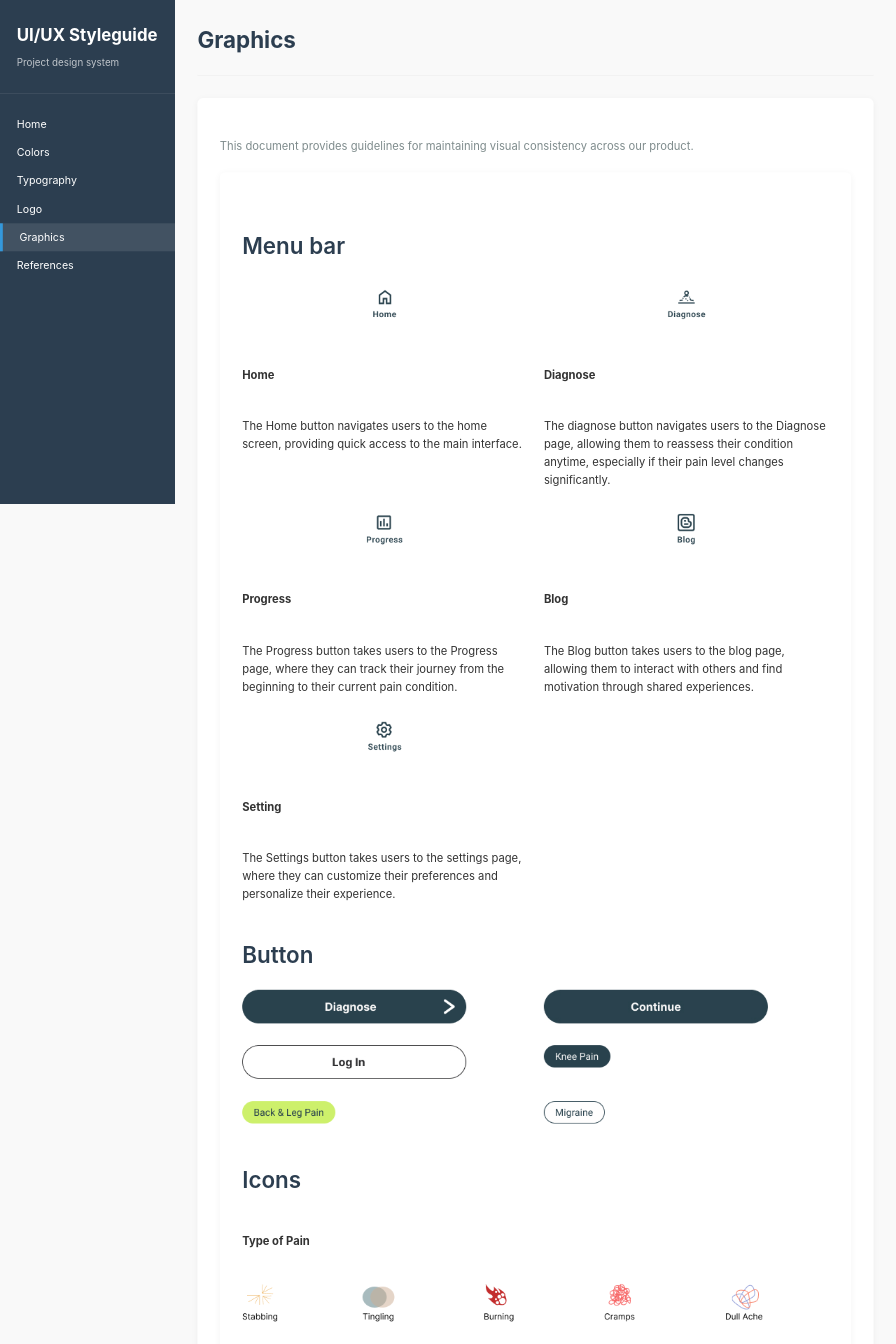
Repository: rosielee09/Heal_U
Page: graphics.html
An editor plug-in stored every save of this project. The page is shown before and after the next save, followed by the edit.
The browser window is 1280 px wide. The pictures show the part of the page from y = 0 to 1920 px (the page is 2982 px tall before and 3054 px after), at 70% of full size.

Above is the page before, as saved 2025-04-03 22:02:38.

### graphics.html
<!DOCTYPE html>
<html lang="en">
<head>
    <meta charset="UTF-8">
    <meta name="viewport" content="width=device-width, initial-scale=1.0">
    <link rel="stylesheet" href="styles.css">
    <title>Heal_U Styleguide</title>
</head>
<body>
    <div class="container">
        <!-- Sidebar Navigation -->
        <div class="sidebar">
            <div class="sidebar-header">
                <h1>UI/UX Styleguide</h1>
                <p>Project design system</p>
            </div>
            <ul class="nav">
                <li ><a href="index.html">Home</a></li>
                <li><a href="colors.html">Colors</a></li>
                <li><a href="typography.html">Typography</a></li>
                <li><a href="logo.html">Logo</a></li>
                <li class="active"><a href="graphics.html">Graphics</a></li>
                <li><a href="references.html">References</a></li>
            </ul>
        </div>

        <!-- Main Content - Home Page -->

        <div class="content">
            <header class="page-header">
                <h2>Graphics</h2>
            </header>

            <div class="component">
                <div class="component-header">
                  <p class="component-description">This document provides guidelines for maintaining visual consistency across our product.</p>
                </div>
           <!-- SECTION 1: menu bar -->
           <div class="component">
            <div class="component-header">

                <section class="component-section">
                    <h3 class="component-title">Menu bar</h3>
                    <div class="graphic-grid">
                        <!-- home -->
                        <div class="graphic-item">
                            <img class="graphic-menu__icon" src="/img/graphic-menu/home.png" alt="home">
                            <div class="graphic-info">
                                <h4 class="graphic-title">Home</h4>
                                <div>The Home button navigates users to the home screen, providing quick access to the main interface.</div>
                            </div>
                        </div>
                        <!-- diagnose -->
                        <div class="graphic-item">
                            <img class="graphic-menu__icon" src="/img/graphic-menu/diagnose.png" alt="diagnose">
                            <div class="graphic-info">
                                <h4 class="graphic-title">Diagnose </h4>
                                <div>The diagnose button navigates users to the Diagnose page, allowing them to reassess their condition anytime, especially if their pain level changes significantly.</div>
                            </div>
                        </div>
                        <!-- Progress -->
                        <div class="graphic-item">
                            <img class="graphic-menu__icon" src="/img/graphic-menu/progress.png" alt="Progress">
                            <div class="graphic-info">
                                <h4 class="graphic-title">Progress </h4>
                                <div>
                                    The Progress button takes users to the Progress page, where they can track their journey from the beginning to their current pain condition.</div>
                            </div>
                        </div>

                        <!-- blog -->
                        <div class="graphic-item">
                            <img class="graphic-menu__icon" src="/img/graphic-menu/blog.png" alt="blog">
                            <div class="graphic-info">
                                <h4 class="graphic-title">Blog </h4>
                                <div>The Blog button takes users to the blog page, allowing them to interact with others and find motivation through shared experiences.</div>
                        </div>
                        </div>

                        <!-- Setting -->
                        <div class="graphic-item">
                            <img class="graphic-menu__icon" src="/img/graphic-menu/setting.png" alt="Setting">
                            <div class="graphic-info">
                                <h4 class="graphic-title">Setting </h4>
                                <div>The Settings button takes users to the settings page, where they can customize their preferences and personalize their experience.</div>

                    </div>
                </div>
            </div>

<!-- button section -->
                <section class="component-section">
                    <h3 class="component-title">Button </h3>

                    <div class="graphic-grid">
                          <!-- fill button -->
                        <div class="graphic-item">
                            <img class="graphic-button__icon" src="/img/Appovation - buttons/Button-fill-withIcon.png" alt="fill-icon">
                        </div>
                        <div class="graphic-item">
                            <img class="graphic-button__icon" src="/img/Appovation - buttons/Button-fill.jpg" alt="fill">
                        </div>
                        <div class="graphic-item">
                            <img class="graphic-button__icon" src="/img/Appovation - buttons/Button-outline.jpg" alt="outline">
                        </div>
                        <div class="graphic-item">
                            <img class="graphic-button__icon" src="/img/Appovation - buttons/chips-fill.png" alt="chips">
                        </div>
                        <div class="graphic-item">
                            <img class="graphic-button__icon" src="/img/Appovation - buttons/chips-highlighted.png" alt="chips-highlighted">
                        </div>
                        <div class="graphic-item">
                            <img class="graphic-button__icon" src="/img/Appovation - buttons/chips-outlined.png" alt="chips-outlined">
                        </div>
                    </div>
                </section>

            <section class="component-section">
                <h3 class="component-title">Icons </h3>
                <h4 class="graphic-title">Type of Pain</h4>
                <div class="graphic-grid__icons">

                    <div class="graphic-item">
                        <img class="graphic-icons" src="/img/Appovation - icons/Icon-stabbing.png" alt="pain_type_icon">
                    </div>
                    <div class="graphic-item">
                        <img class="graphic-icons" src="/img/Appovation - icons/Icon-tingling.png" alt="pain_type_icon">
                    </div>
                    <div class="graphic-item">
                        <img class="graphic-icons" src="/img/Appovation - icons/Icon_Burning.png" alt="pain_type_icon">
                    </div>
                    <div class="graphic-item">
                        <img class="graphic-icons" src="/img/Appovation - icons/Icon_Cramps.png" alt="pain_type_icon">
                    </div>
                    <div class="graphic-item">
                        <img class="graphic-icons" src="/img/Appovation - icons/Icon_dull ache.png" alt="pain_type_icon">
                    </div>
                    <div class="graphic-item">
                        <img class="graphic-icons" src="/img/Appovation - icons/Icon_freezing.png" alt="pain_type_icon">
                    </div>
                    <div class="graphic-item">
                        <img class="graphic-icons" src="/img/Appovation - icons/Icon_Migrane.png" alt="pain_type_icon">
                    </div>
                    <div class="graphic-item">
                        <img class="graphic-icons" src="/img/Appovation - icons/Icon_neuralgia.png" alt="pain_type_icon">
                    </div>
                    <div class="graphic-item">
                        <img class="graphic-icons" src="/img/Appovation - icons/Icon_numbness.png" alt="pain_type_icon">
                    </div>
                    <div class="graphic-item">
                        <img class="graphic-icons" src="/img/Appovation - icons/Icon_thobbing.png" alt="pain_type_icon">
                    </div>

                </div>


                <h4 class="graphic-title">Pain Scale Animation Icon</h4>
                <div class="graphic-grid__icons">

                    <div class="graphic-item">
                        <img class="graphic-icons" src="/img/Appovation - icons/Pain_difference-slider-green.png" alt="pain_scale_icon">
                    </div>
                    <div class="graphic-item">
                        <img class="graphic-icons" src="/img/Appovation - icons/Pain_difference-slider-mild.png" alt="pain_scale_icon">
                    </div>
                    <div class="graphic-item">
                        <img class="graphic-icons" src="/img/Appovation - icons/Pain_difference-slider-middle.png" alt="pain_scale_icon">
                    </div>
                    <div class="graphic-item">
                        <img class="graphic-icons" src="/img/Appovation - icons/Pain_difference-slider-less-severe.png" alt="pain_scale_icon">
                    </div>
                    <div class="graphic-item">
                        <img class="graphic-icons" src="/img/Appovation - icons/Pain_difference-slider-severe.png" alt="pain_scale_icon">
                    </div>
                </div>
                <div class="graphic-item-grid1">
                    <img class="graphic-icons" src="/img/Appovation - icons/progress pain scale.png" alt="pain_scale_icon">
                </div>

        </section>

        <section class="component-section">
            <h3 class="component-title">Illustrations </h3>

            <div class="graphic-grid-illustrations">
                  <!-- fill button -->
                <div class="graphic-item-illustrations">
                    <img class="graphic-illustrations" src="/img/Appovation - illustration set/5214865 1.png" >
                </div>
                <div class="graphic-item-illustrations">
                    <img class="graphic-illustrations" src="/img/Appovation - illustration set/AdobeStock_593962329 1.png">
                </div>
                <div class="graphic-item-illustrations">
                    <img class="graphic-illustrations" src="/img/Appovation - illustration set/exercise 2.png" >
                </div>
                <div class="graphic-item-illustrations">
                    <img class="graphic-illustrations" src="/img/Appovation - illustration set/Group 103.png" >
                </div>
                <div class="graphic-item-illustrations">
                    <img class="graphic-illustrations" src="/img/Appovation - illustration set/Group 84.png" >
                </div>
                <div class="graphic-item-illustrations">
                    <img class="graphic-illustrations" src="/img/Appovation - illustration set/Group 98.png" >
                </div>
            </div>
        </section>


</body>
<script src="script.js"></script>
</html>

### styles.css
* {
    margin: 0;
    padding: 0;
    box-sizing: border-box;
}

body {
    font-family: 'Inter', -apple-system, BlinkMacSystemFont, 'Segoe UI', Roboto, Oxygen, Ubuntu, Cantarell, sans-serif;
    line-height: 1.6;
    color: #333;
    background-color: #f9f9f9;
}

/* Layout */
.container {
    display: flex;
    min-height: 100vh;
}

/* Sidebar Navigation */
.sidebar {
    width: 250px;
    background-color: #2c3e50;
    color: #fff;
    padding: 2rem 0;
    position: fixed;
    height: 100vh;
    overflow-y: auto;
}

.sidebar-header {
    padding: 0 1.5rem 2rem;
    border-bottom: 1px solid rgba(255, 255, 255, 0.1);
}

.sidebar-header h1 {
    font-size: 1.5rem;
    font-weight: 700;
    margin-bottom: 0.5rem;
}

.sidebar-header p {
    font-size: 0.875rem;
    opacity: 0.7;
}

.nav {
    list-style: none;
    padding: 1.5rem 0;
}

.nav li {
    padding: 0.5rem 1.5rem;
}

.nav li.active {
    background-color: rgba(255, 255, 255, 0.1);
    border-left: 4px solid #3498db;
}

.nav a {
    color: #fff;
    text-decoration: none;
    display: block;
    font-size: 0.95rem;
    transition: all 0.2s;
}

.nav a:hover {
    opacity: 0.8;
}

/* Main Content */
.content {
    flex: 1;
    padding: 2rem;
    margin-left: 250px;
    max-width: calc(100% - 250px);
}

.page-header {
    margin-bottom: 2rem;
    padding-bottom: 1rem;
    border-bottom: 1px solid #eee;
}

.page-header h2 {
    font-size: 2rem;
    font-weight: 700;
    color: #2c3e50;
    margin-bottom: 0.5rem;
}

.page-header p {
    color: #7f8c8d;
    font-size: 1.1rem;
}

/* Components Common Styles */
.component {
    background-color: #fff;
    border-radius: 8px;
    box-shadow: 0 2px 10px rgba(0, 0, 0, 0.05);
    padding: 2rem;
    margin-bottom: 2rem;
}

.component-section{
    margin-top: 3rem;
}

.component-header {
    margin-top: 1.5rem;
    margin-bottom: 1.5rem;
}

.component-title {
    font-size: 2rem;
    font-weight: 600;
    margin-top: 1.5rem;
    margin-bottom: 1.5rem;
    color: #2c3e50;
}

.component-description {
    color: #7f8c8d;
}


    /* Color Styles */
.color-grid {
    display: grid;
    grid-template-columns: repeat(auto-fill, minmax(300px, 1fr));
    gap: 1.5rem;
}

.color-grid__onlycolor {
    display: grid;
    grid-template-columns: repeat(auto-fill, minmax(300px, 2fr));
    gap: 1.5rem;
    align-items: center;
}

.color-grid__Accessiblilliy {
    display: grid;
    grid-template-columns: repeat(auto-fit, minmax(clamp(300px, 50%, 400px), 1fr));
    gap: 1.5rem;
}

.color-item {
    border-radius: 6px;
    overflow: hidden;
    box-shadow: 0 2px 5px rgba(0, 0, 0, 0.1);
}

.color-preview {
    height: 120px;
}

.color-info {
    padding: 1rem;
    background-color: #fff;
}

.color-name {
    font-weight: 600;
    margin-bottom: 0.25rem;
}

.color-value {
    font-family: monospace;
    color: #7f8c8d;
    font-size: 0.85rem;
}

.color__primary--preview{
    background-color: #29424D;
}

.color__secondary--preview{
    background-color: #CFC4F4;
}

.color__tertiary--preview {
    background-color: #F8F3EC;
}

.color__accent--preview{
    background-color: #CDF06B;
}

.color__success--preview{
    background-color: #138636;
}

.color__error--preview{
    background-color: #C32D2D;
}

.color__warning--preview{
    background-color: #FFBD11;
}

.color__info--preview{
    background-color: #4976BA;
}

.color__background--preview{
    background-color: #fff;
}

.color__text--preview{
    background-color: #2E2E30;
}

.color-accessiblillity-img {
    width: 100%;
    height: 70%;
}

.color-example-img{
    align-items: center;
}


/* Graphics */
.graphic-grid {
    display: grid;
    grid-template-columns: repeat(auto-fill, minmax(300px, 2fr));
    gap: 1.5rem;

}

/* section__icons */
.graphic-grid__icons{
    display: grid;
    grid-template-columns: repeat(5, 1fr);
    gap: 1.5rem;
}

.graphic-item{
   justify-items: center;

}


.graphic-menu__icon{
    margin: 10px;
}
.graphic-title{
    margin-top: 3rem;
    margin-bottom: 3rem;
}

.graphic-item-grid1{
    margin-top: 3rem;
}


/* section illustrations */
.graphic-grid-illustrations{
    display: grid;
    grid-template-columns: repeat(3, 1fr);
    gap: 1.5rem;
}
.graphic-item-illustrations,
.graphic-illustrations{
    max-width: 200px;
    max-height: 200px;
}
/* Typography */

/* Import Roboto font with multiple weights */
@import url('https://fonts.googleapis.com/css2?family=Roboto:wght@400;500;700&display=swap');


/* Table styling */
table {
  width: 100%;
  border-collapse: collapse;
  font-family: 'Roboto', sans-serif;
  margin: 2rem 0;
}

th {
  background-color: #f8f9fa;
  color: #212529;
  padding: 12px 16px;
  text-align: left;
  font-weight: 500;
  border-bottom: 2px solid #dee2e6;

}

td {
  padding: 16px;
  border-bottom: 1px solid #e9ecef;
  vertical-align: top;
}

/* Remove default list styling */
td li {
  list-style: none;
  margin: 4px 0;
  padding-left: 0;
}



.content-image {
  margin: auto;
  display: block;
  padding: 1rem;
}

.center {
  text-align: center;
}



.typography-item {
    margin-bottom: 2rem;
}


.heading1 {
  font-family: 'Roboto', sans-serif;
  font-size: 40px;
  line-height: 48px;
  font-weight: 700;
  color: #212529;

}

.heading2 {
  font-family: 'Roboto', sans-serif;
  font-size: 32px;
  line-height: 40px;
  font-weight: 700;
  color: #212529;
}

.section-header {
  font-family: 'Roboto', sans-serif;
  font-size: 24px;
  line-height: 32px;
  font-weight: 700;
  color: #212529;
}

.sub-header {
  font-family: 'Roboto', sans-serif;
  font-size: 20px;
  line-height: 28px;
  font-weight: 700;
  color: #212529;
}

.body-bold {
  font-family: 'Roboto', sans-serif;
  font-size: 16px;
  line-height: 24px;
  font-weight: 700;
  color: #212529;
}


.body {
  font-family: 'Roboto', sans-serif;
  font-size: 16px;
  line-height: 24px;
  font-weight: 400;
  color: #212529;
}

.small {
  font-family: 'Roboto', sans-serif;
  font-size: 14px;
  line-height: 20px;
  font-weight: 400;
  color: #212529;
}

.small-italic {
  font-family: 'Roboto', sans-serif;
  font-style: italic;
  font-size: 14px;
  line-height: 20px;
  font-weight: 400;
  color: #212529;
}

.tiny-bold {
  font-family: 'Roboto', sans-serif;
  font-size: 12px;
  line-height: 18px;
  font-weight: 700;
  color: #212529;
}

.tiny {
  font-family: 'Roboto', sans-serif;
  font-size: 12px;
  line-height: 18px;
  font-weight: 400;
  color: #212529;
}

.mini {
  font-family: 'Roboto', sans-serif;
  font-size: 8px;
  line-height: 12px;
  font-weight: 400;
  color: #212529;
  letter-spacing: 0.5px;
}

/* Add zebra striping for better readability */
tbody tr:nth-child(odd) {
  background-color: #f8f9fa;
}

Loaded but not shown: script.js (no stored copy; drawn as an empty file)

After the next save:
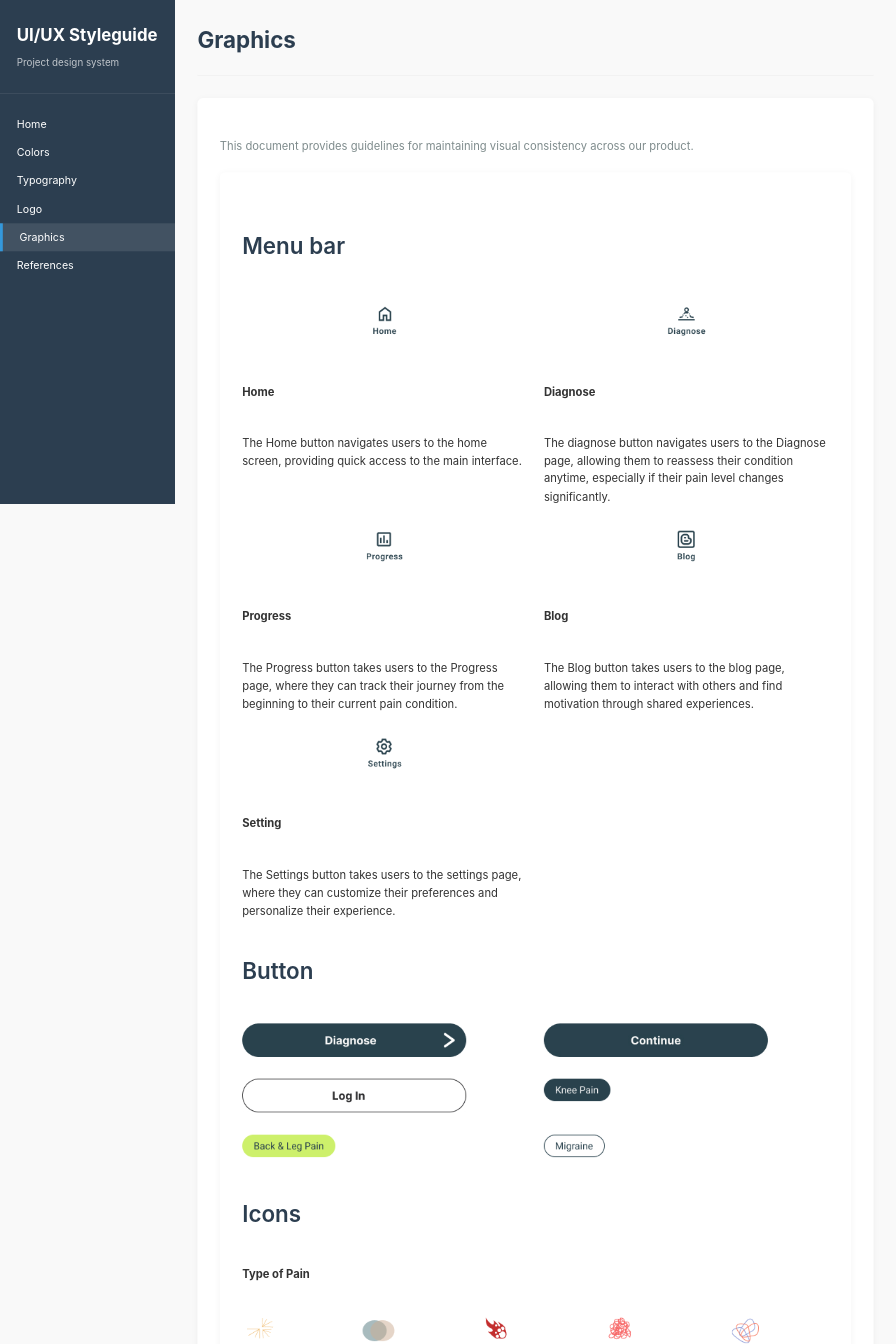
Saved 49 s later.
--- a/styles.css
+++ b/styles.css
@@ -118,7 +118,7 @@ body {
     font-size: 2rem;
     font-weight: 600;
     margin-top: 1.5rem;
-    margin-bottom: 1.5rem;
+    margin-bottom: 3rem;
     color: #2c3e50;
 }
 
